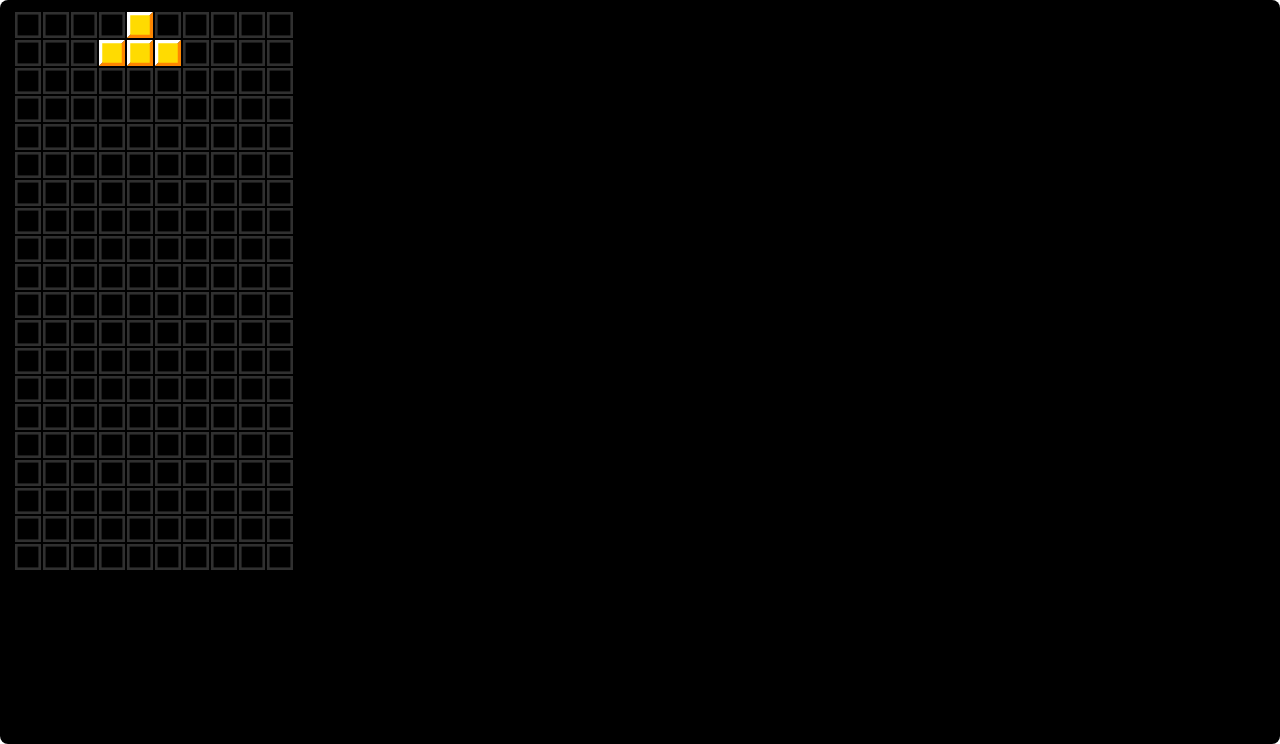
Repository: powidev/Epik-Tetris
Page: index.html
These files come from the project's save history. The page is drawn as it stood at one moment and after the next save; the edit follows.
The browser window is 1280 px wide. The pictures show the whole page.

Above is the page before, as saved 2025-05-20 10:22:10.

### index.html
<!DOCTYPE html>
<html lang="en">
<head>
    <meta charset="UTF-8">
    <meta name="viewport" content="width=device-width, initial-scale=1.0">
    <title>Tetris</title>
    <link rel="stylesheet" href="style.css">
</head>
<body>
    <div class="canvas-container">
        <canvas id="canvas-tetris" width="300" height="600"></canvas>
    </div>

    <script src="scripts/main.js" type="module"></script>
</body>
</html>

### style.css
body {
    display: flex;
    margin: 0;
    padding: 0;
}
.canvas-container {
    width: 100%;
    height: 100vh;
    background-color: black;
    padding: 12px 15px;
    border-radius: 8px;
}

### scripts/main.js
import { BoardTetris } from "/scripts/boardTetris.js";
import { Tetromino, TetraminoTypes } from "/scripts/tetromino.js";

const canvasTetris = document.getElementById("canvas-tetris");
const rows = 20;
const cols = 10;
const cellSize = 26;
const space = 2;

const boardTetris = new BoardTetris(canvasTetris, rows, cols, cellSize, space);

const tetrominoType = TetraminoTypes.T;
const tetromino = new Tetromino(canvasTetris, cellSize, tetrominoType.shapes, tetrominoType.initPosition, tetrominoType.id);

function update() {

    boardTetris.draw();
    tetromino.draw(boardTetris);
    requestAnimationFrame(update);
}

update();

### scripts/boardTetris.js
import { Grid } from '/scripts/grid.js';

export class BoardTetris extends Grid {
    constructor(canvas, rows, cols, cellSize, space) {
        super(canvas, rows, cols, cellSize, space);
    }

    isInside(row, col){
        return row >= 0 && row < this.rows && col >= 0 && col < this.cols;
    }
    isEmpty(row, col){
        return this.matriz[row][col] === 0 && this.isInside(row, col);
    }
    isRowFull(row){
        return this.matriz[row].every(element => element !== 0);
    }
    isRowEmpty(row){
        return this.matriz[row].every(element => element === 0);
    }
    clearRow(row){
        this.matriz[row].fill(0);
    }
    moveRowDown(row, numRows){
        this.matriz[row + numRows] = this.matriz[row].slice();
        this.clearRow(row);
    }
    clearFullRows(){
        let cont = 0;

        for(let row  = this.rows - 1; row >= 0; row--){
            if(this.isRowFull(row)){
                this.clearRow(row);
                cont++;
            }
            else if(cont > 0){
                this.moveRowDown(row, cont);
            }
        }
        return cont;
    }
    gameOver(){
        return !(this.isRowEmpty(0));
    }
}

### scripts/tetromino.js

class Position{
    constructor(row, column){
        this.row = row;
        this.column = column;
    }
}

class Tetromino {
    constructor(canvas, cellSize, shapes = [], initPosition = new Position(), id=1) {
        this.canvas = canvas;
        this.ctx = this.canvas.getContext('2d');
        this.cellSize = cellSize;
        this.shapes = shapes;
        this.rotation = 0;
        this.initPosition = initPosition;
        this.position = new Position(this.initPosition.row, this.initPosition.column);
        this.id = id;
    }
    drawSquare(x, y, side, color) {
        this.ctx.fillStyle = color;
        this.ctx.fillRect(x, y, side, side);
    }
    drawTriangle(x1, y1, x2, y2, x3, y3, color) {
        this.ctx.beginPath();
        this.ctx.moveTo(x1, y1);
        this.ctx.lineTo(x2, y2);
        this.ctx.lineTo(x3, y3);
        this.ctx.closePath();
        this.ctx.fillStyle = color;
        this.ctx.fill();
    }
    getColorPalette(id) {
        const palette = {
            1:{
                rightTriangle : "#FE8601",
                leftTriangle : "#FFFFFF",
                square : "#FFDB01"
            },
            2:{
                rightTriangle : "#FE5E02",
                leftTriangle : "#FFFFFF",
                square : "#FE8602"
            },
            3:{
                rightTriangle : "#B5193B",
                leftTriangle : "#FFFFFF",
                square : "#EE1B2E"
            },
            4:{
                rightTriangle : "#22974C",
                leftTriangle : "#FFFFFF",
                square : "#24DC4F"
            },
            5:{
                rightTriangle : "#49BDFF",
                leftTriangle : "#FFFFFF",
                square : "#2D97F7"
            },
            6:{
                rightTriangle : "#0000C9",
                leftTriangle : "#FFFFFF",
                square : "#0101F0"
            },
            7:{
                rightTriangle : "#8500D3",
                leftTriangle : "#FFFFFF",
                square : "#A000F1"
            }
        }
        return palette[id] || palette[1];
    }
    drawBlock(x, y, id){
        const margin = this.cellSize / 8;
        const palette = this.getColorPalette(id);

        this.drawTriangle(
            x, y,
            x + this.cellSize, y,
            x, y + this.cellSize,
            palette.leftTriangle
        );

        this.drawTriangle(
            x + this.cellSize, y,
            x + this.cellSize, y + this.cellSize,
            x, y + this.cellSize,
            palette.rightTriangle
        );

        this.drawSquare(
            x + margin,
            y + margin,
            this.cellSize - (margin * 2),
            palette.square
        );
    }
    currentShape(){
        return this.shapes[this.rotation];
    }
    draw(grid){
        const shape = this.currentShape();
        for(let i = 0; i < shape.length; i++){
            const position = grid.getCoordinates(
                this.position.column + shape[i].column,
                this.position.row + shape[i].row
            );
            this.drawBlock(position.x, position.y, this.id);
        }
    }
    currentPosition(){
        const positions = [];
        const shape = this.currentShape();
        for(let i = 0; i < shape.length; i++){
            positions.push(new Position(
                this.position.row + shape[i].row,
                this.position.column + shape[i].column
            ));
        }
        return positions;
    }
    move(row, column){
        this.position.row += row;
        this.position.column += column;
    }
    reset(){
        this.rotation = 0;
        this.position = new Position(this.initPosition.row, this.initPosition.column);
    }
}

const TetraminoTypes = {
    T:{
        id:1,
        initPosition: new Position(0, 3),
        shapes: [
            [new Position(0, 1), new Position(1, 0), new Position(1, 1), new Position(1, 2)],
            [new Position(0, 1), new Position(1, 1), new Position(1, 2), new Position(2, 1)],
            [new Position(1, 0), new Position(1, 1), new Position(1, 2), new Position(2, 1)],
            [new Position(0, 1), new Position(1, 0), new Position(1, 1), new Position(2, 1)]
        ]
    },
    O:{
        id:2,
        initPosition: new Position(0, 4),
        shapes: [
            [new Position(0, 0), new Position(0, 1), new Position(1, 0), new Position(1, 1)]
        ]
    },
    I:{
        id:3,
        initPosition: new Position(-1, 3),
        shapes: [
            [new Position(1, 0), new Position(1, 1), new Position(1, 2), new Position(1, 3)],
            [new Position(0, 2), new Position(1, 2), new Position(2, 2), new Position(3, 2)],
            [new Position(2, 0), new Position(2, 1), new Position(2, 2), new Position(2, 3)],
            [new Position(0, 1), new Position(1, 1), new Position(2, 1), new Position(3, 1)]
        ]
    },
    S:{
        id:4,
        initPosition: new Position(0, 3),
        shapes: [
            [new Position(0, 1), new Position(0, 2), new Position(1, 0), new Position(1, 1)],
            [new Position(0, 1), new Position(1, 1), new Position(1, 2), new Position(2, 2)],
            [new Position(1, 1), new Position(1, 2), new Position(2, 0), new Position(2, 1)],
            [new Position(0, 0), new Position(1, 0), new Position(1, 1), new Position(2, 1)]
        ]
    },
    Z:{
        id:5,
        initPosition: new Position(0, 3),
        shapes: [
            [new Position(0, 0), new Position(0, 1), new Position(1, 1), new Position(1, 2)],
            [new Position(0, 2), new Position(1, 1), new Position(1, 2), new Position(2, 1)],
            [new Position(1, 0), new Position(1, 1), new Position(2, 1), new Position(2, 2)],
            [new Position(0, 1), new Position(1, 0), new Position(1, 1), new Position(2, 0)]
        ]
    },
    J:{
        id:6,
        initPosition: new Position(0, 3),
        shapes: [
            [new Position(0, 0), new Position(1, 0), new Position(1, 1), new Position(1, 2)],
            [new Position(0, 1), new Position(0, 2), new Position(1, 1), new Position(2, 1)],
            [new Position(1, 0), new Position(1, 1), new Position(1, 2), new Position(2, 2)],
            [new Position(0, 1), new Position(1, 1), new Position(2, 0), new Position(2, 1)]
        ]
    },
    L:{
        id:7,
        initPosition: new Position(0, 3),
        shapes: [
            [new Position(0, 2), new Position(1, 0), new Position(1, 1), new Position(1, 2)],
            [new Position(0, 1), new Position(1, 1), new Position(2, 1), new Position(2, 2)],
            [new Position(1, 0), new Position(1, 1), new Position(1, 2), new Position(2, 0)],
            [new Position(0, 0), new Position(0, 1), new Position(1, 1), new Position(2, 1)]
        ]
    }
};

class TetrominosBag {
    constructor(canvas, cellSize){
        this.canvas = canvas;
        this.cellSize = cellSize;
        this.bag = [];
    }

    fillbag(){
        const tetrominosTypes = [
            tetrominosTypes.T,
            tetrominosTypes.O,
            tetrominosTypes.I,
            tetrominosTypes.S,
            tetrominosTypes.Z,
            tetrominosTypes.J,
            tetrominosTypes.L
        ]
        this.bag.length = 0;
        tetrominosTypes.forEach(type=>{
            this.bag.push(new Position(
                this.canvas,
                this.cellSize,
                type.shapes,
                type.initPosition,
                type.id
            ));
        });

        for(let i = this.bag.length - 1; i>0 ; i--){
            let j = Math.floor(Math.random() * (i + 1));
            [this.bag[i], this.bag[j]] = [this.bag[j], this.bag[i]];
        }
    }

    nextTetromino(){
        if(this.bag.length === 0){
            this.fillbag();
        }
        return this.bag.pop();
    }
}

export { Position, Tetromino, TetraminoTypes };

### scripts/grid.js
import { Tetromino } from '/scripts/tetromino.js';

export class Grid {
    constructor(canvas, rows, cols, cellSize, space) {
        this.canvas = canvas;
        this.ctx = canvas.getContext('2d');
        this.rows = rows;
        this.cols = cols;
        this.cellSize = cellSize;
        this.space = space;
        this.matriz = [];
        this.restartMatriz();

        this.canvas.width = this.cols * this.cellSize + (this.space * this.cols);
        this.canvas.height = this.rows * this.cellSize + (this.space * this.rows);

        this.block = new Tetromino(this.canvas, this.cellSize);
    }

    restartMatriz(){
        for(let r = 0; r < this.rows; r++){
            this.matriz[r] = [];
            for(let c = 0; c < this.cols; c++){
                this.matriz[r][c] = 0;
            }
        }
    }

    drawSquare(x, y, side, color, borderColor) {
        const bordeSize = side / 10;

        this.ctx.fillStyle = color;
        this.ctx.fillRect(x, y, side, side);

        this.ctx.strokeStyle = borderColor;
        this.ctx.lineWidth = bordeSize;
        this.ctx.strokeRect(x+bordeSize/2, y+bordeSize/2, side-bordeSize, side-bordeSize);
    }

    getCoordinates(col, row){
        return {x: col * (this.cellSize + this.space), y: row * (this.cellSize + this.space)};
    }

    draw(){
        for(let r = 0; r < this.rows; r++){
            for(let c = 0; c < this.cols; c++){
                const position = this.getCoordinates(c, r);
                if(this.matriz[r][c] !== 0){
                    this.block.drawBlock(position.x,position.y,this.matriz[r][c]);
                }
                else{
                    this.drawSquare(position.x, position.y, this.cellSize, "#000", "#303030");
                }
            }
        }
        this.printMatriz();
    }

    printMatriz(){
        let text = "";
        this.matriz.forEach((row) => {
            text += row.join(" ") + "\n";
        });
        console.log(text);
    }
}

After the next save:
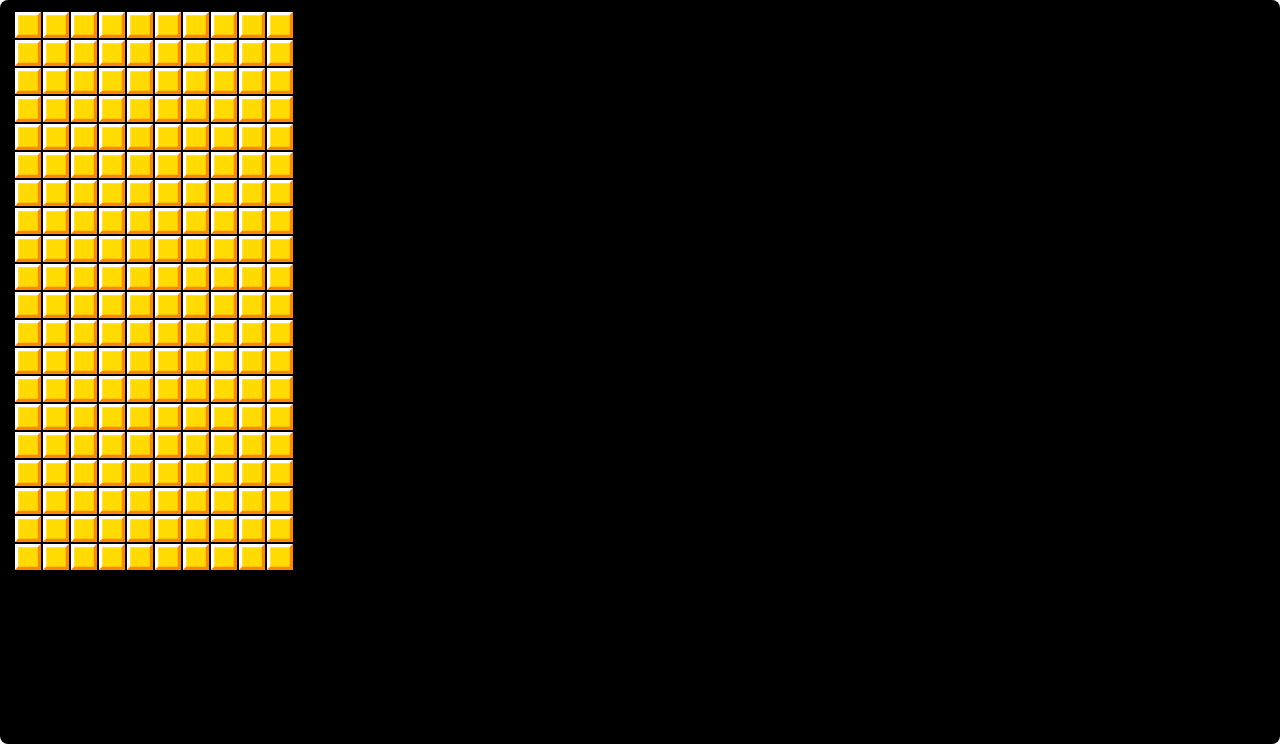
Saved 65 s later.
--- a/scripts/grid.js
+++ b/scripts/grid.js
@@ -21,7 +21,7 @@ export class Grid {
         for(let r = 0; r < this.rows; r++){
             this.matriz[r] = [];
             for(let c = 0; c < this.cols; c++){
-                this.matriz[r][c] = 0;
+                this.matriz[r][c] = 1;
             }
         }
     }
